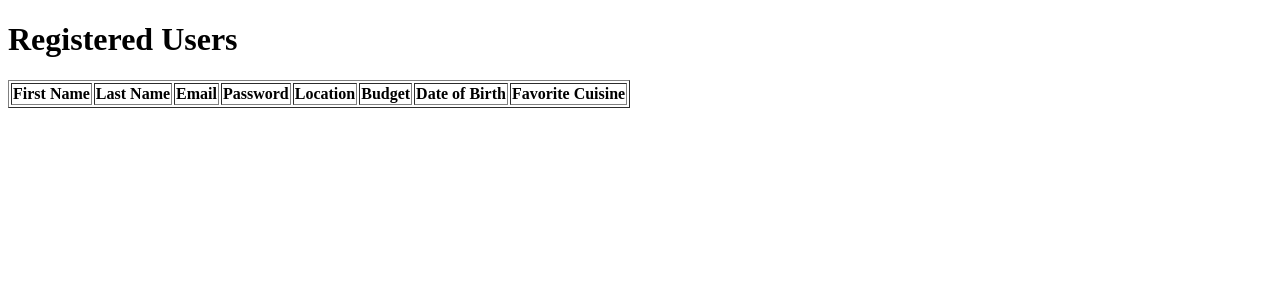
Repository: JackFogerson/2021-spring-cs160-Team-Druids
Page: http://localhost/FoodFinder/WEB-INF/views/userList.jsp
An editor plug-in stored every save of this project. The page is shown before and after the next save, followed by the edit.
The browser window is 1280 px wide. The pictures show the whole page.
The page is served by Tomcat 9. Nobody is signed in. The template is opened directly, without the code that normally fills it, so the values that code supplies are empty.

Above is the page before, as saved 2021-03-03 21:34:10.

After the next save:
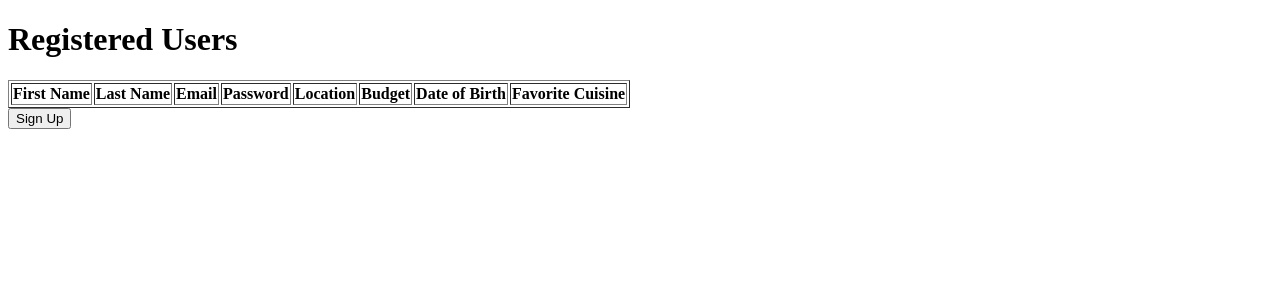
Saved 114 s later.
--- a/FoodFinder/FoodFinder/src/main/webapp/WEB-INF/views/userList.jsp
+++ b/FoodFinder/FoodFinder/src/main/webapp/WEB-INF/views/userList.jsp
@@ -30,9 +30,9 @@
 				<td>${user.budget}</td>
 				<td>${user.dateOfBirth}</td>
 				<td>${user.favoriteCuisine}</td>
-
 			</tr>
 		</c:forEach>
 	</table>
+	<button onclick = "window.location.href = 'showUserForm'">Sign Up</button>
 </body>
 </html>
